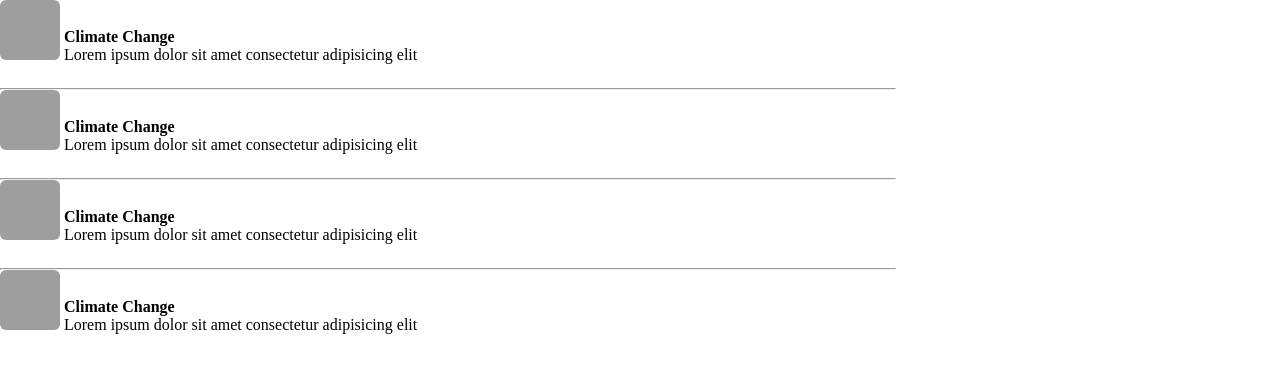
Repository: longNT0dev/C4E132
Page: SS3/index.html
An editor plug-in stored every save of this project. The page is shown before and after the next save, followed by the edit.
The browser window is 1280 px wide. The pictures show the whole page.
Pictures or frames that could not be fetched are drawn as grey boxes.

Above is the page before, as saved 2022-09-28 22:00:27.

After the next save:
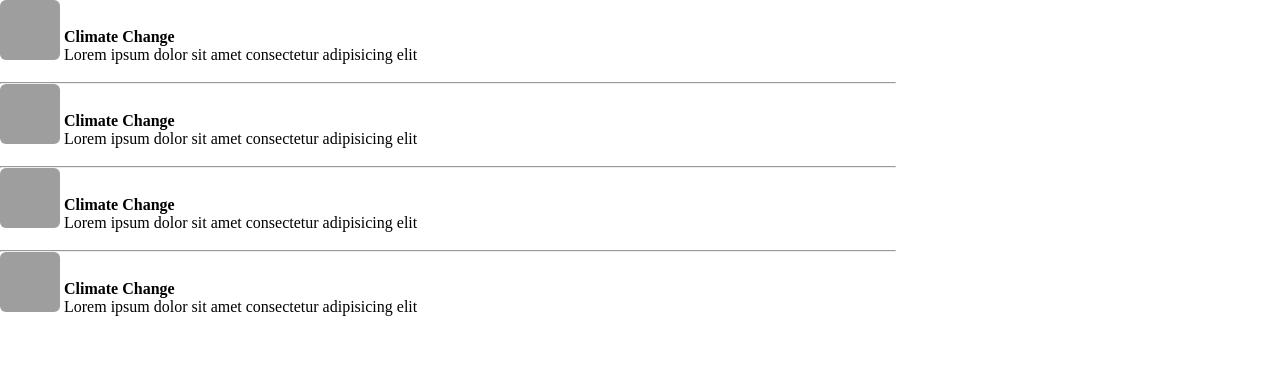
Saved 10 s later.
--- a/SS3/style.css
+++ b/SS3/style.css
@@ -36,7 +36,7 @@
 .item {
     width: 100%;
     height: 23%;
-    margin-bottom: 24px;
+    margin-bottom: 18px;
 }
 
 .item img {
